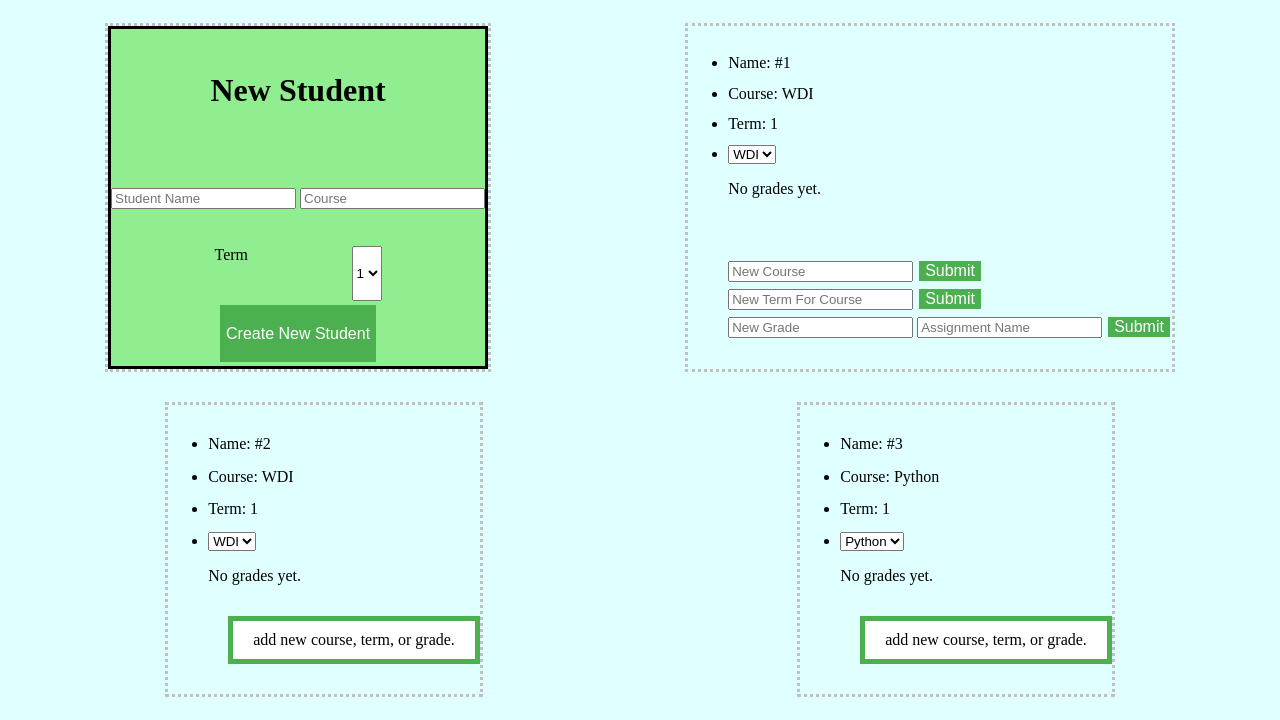
Repository: EdmontDantes/graderaide-fullstack-solution
Page: index.html
An editor plug-in stored every save of this project. The page is shown before and after a run of saves, followed by the edit.
The browser window is 1280 px wide. The pictures show the whole page.

Above is the page before, as saved 2020-04-22 13:55:36.

After the next 2 saves:
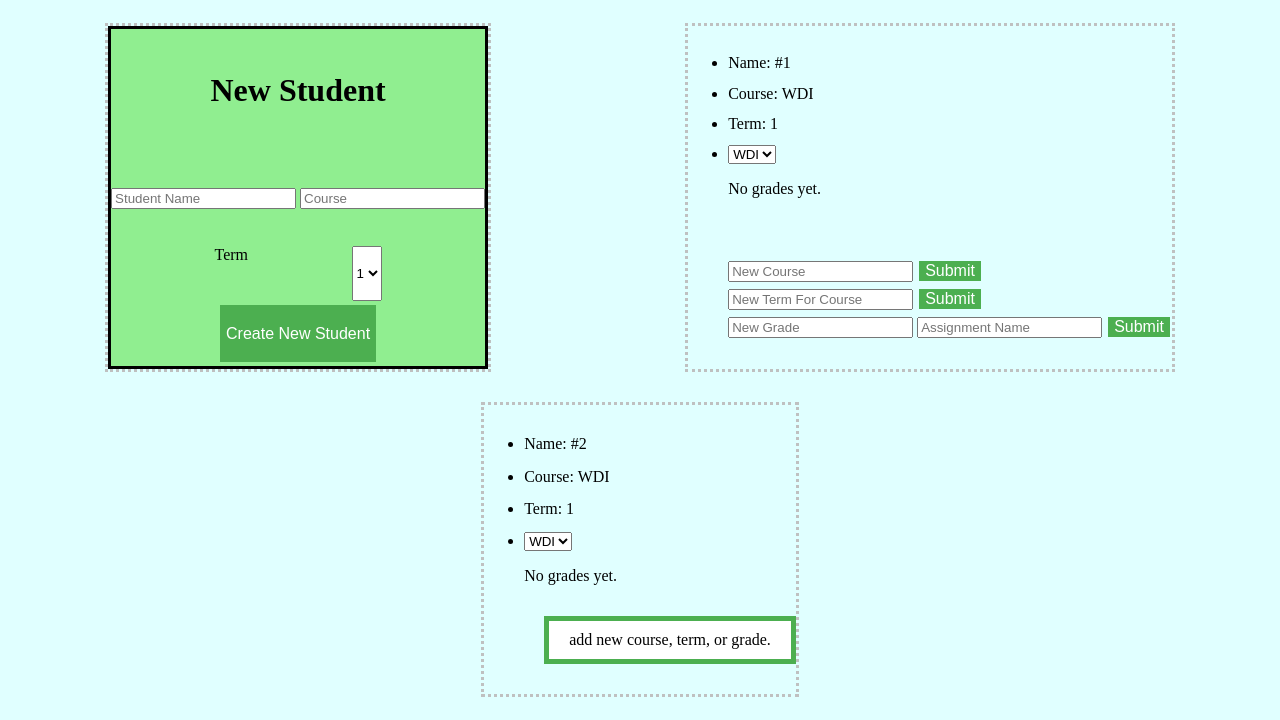
The 2 saves are shown as one change because they came seconds apart.
The last was saved 41 s later.
--- a/index.html
+++ b/index.html
@@ -80,20 +80,6 @@
         </ul>
       </section>
 
-      <section class="student-display">
-        <ul class="student-info">
-          <li>Name: #3</li>
-          <li>Course: Python</li>
-          <li>Term: 1</li>
-          <li>
-            <select class="course-selection">
-              <option value="python">Python</option>
-            </select>
-            <p>No grades yet.</p>
-          </li><a href="add.html">add new course, term, or grade.</a>
-        </ul>
-      </section>
-
       </section>
     </section>
   </body>
